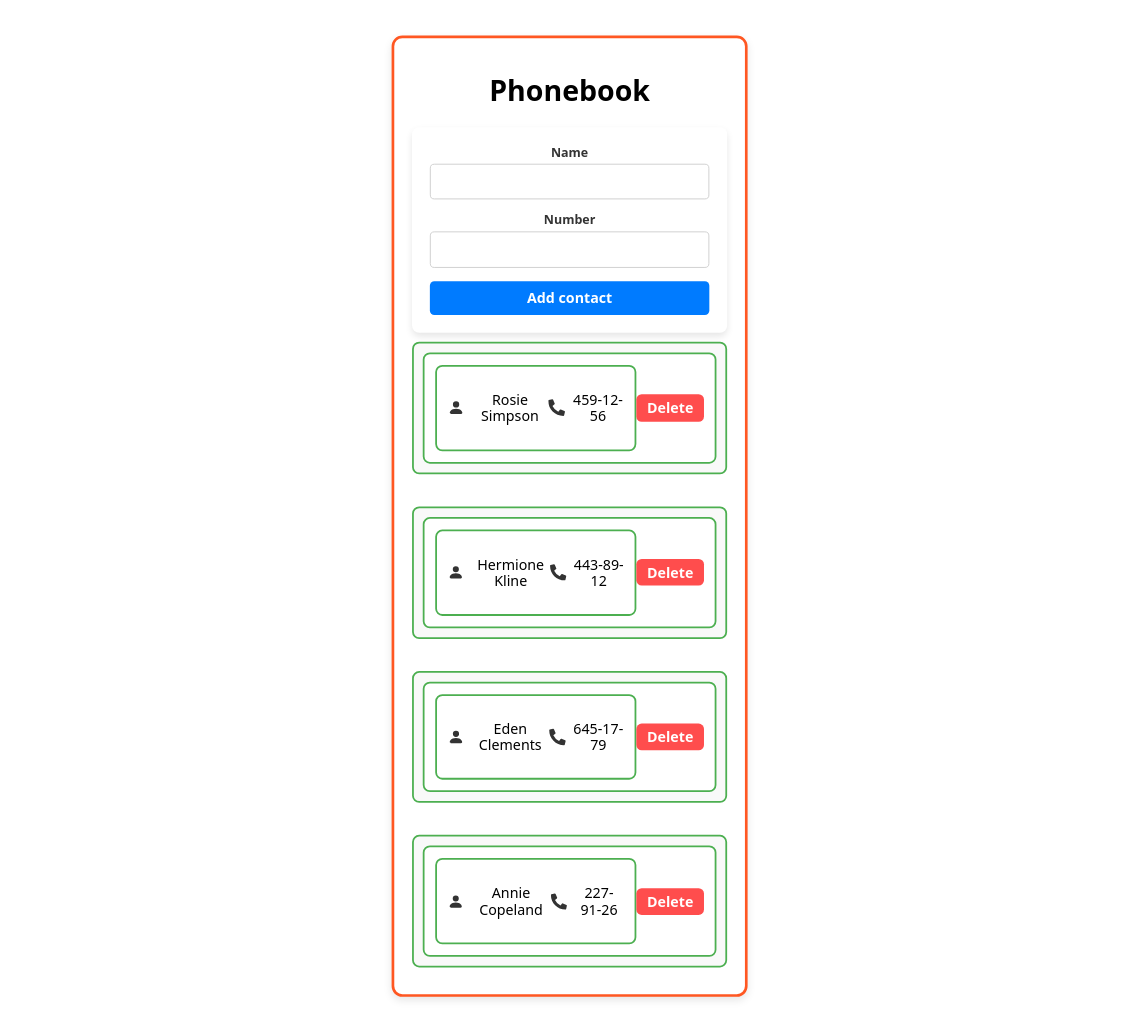
Repository: Evgeniya-Tishakova/goit-react-hw-03
Page: /
The author's editor kept a copy of each file at every save. The page is drawn from the files as they stood at one save, then again after the next save.
The browser window is 1280 px wide. The pictures show the whole page, at 89% of full size.
The project was rebuilt for these pictures with package versions that can differ from the ones it lists, and the page was loaded fresh each time. Also part of the build but not shown: vite.config.js, src/index.css.

Above is the page before, as saved 2025-03-09 15:34:16.

After the next save:
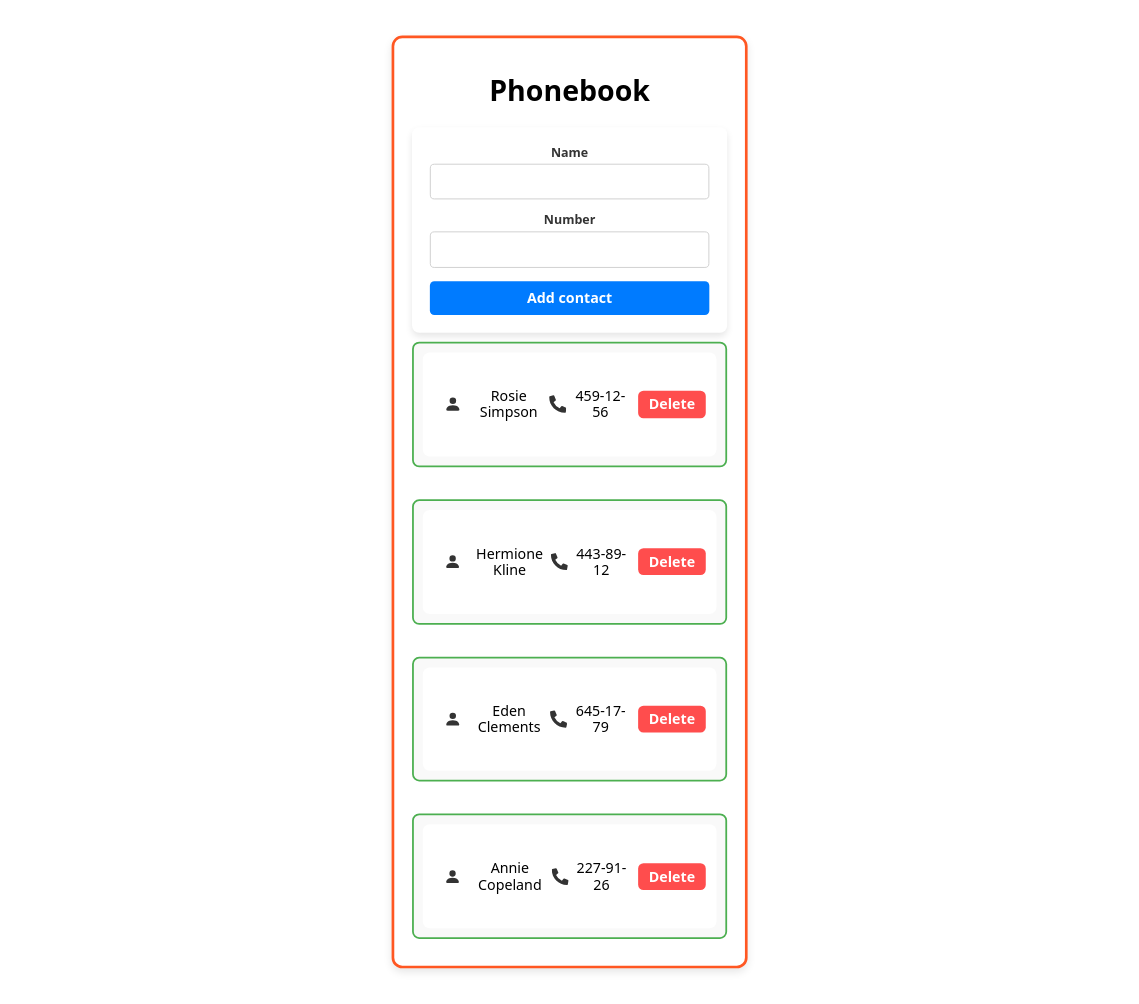
Saved 6 s later.
--- a/src/components/Contact/Contact.module.css
+++ b/src/components/Contact/Contact.module.css
@@ -3,7 +3,7 @@
     justify-content: space-between;
     align-items: center;
     padding: 12px;
-    border: 2px solid #4caf50;
+
     border-radius: 8px;
     background-color: #fff;
     transition: background-color 0.3s ease-in-out, transform 0.2s ease-in-out;
